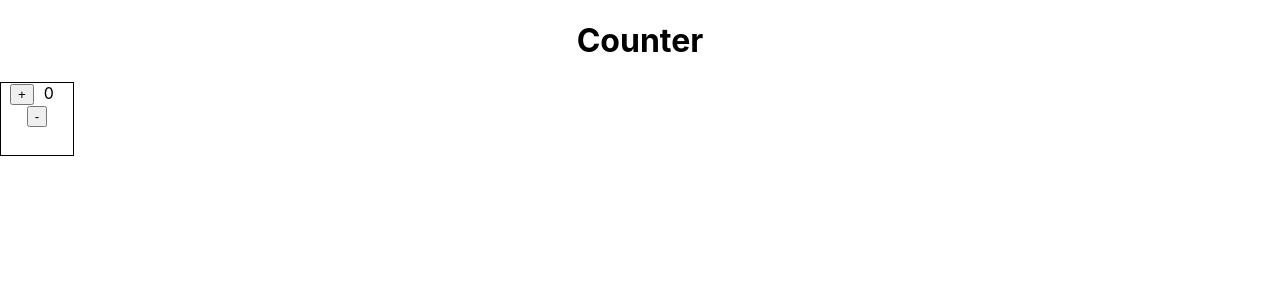
Repository: vsangavi/Redux-Counter
Page: /
The author's editor kept a copy of each file at every save. The page is drawn from the files as they stood at one save, then again after the next save.
The browser window is 1280 px wide. The pictures show the whole page.
The project was rebuilt for these pictures with package versions that can differ from the ones it lists, and the page was loaded fresh each time.

Above is the page before, as saved 2020-10-02 16:43:02.

After the next save:
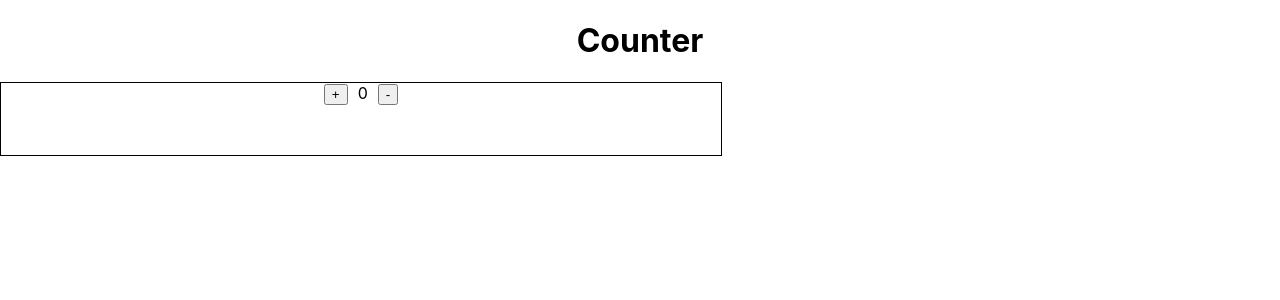
Saved 19 s later.
--- a/src/App.css
+++ b/src/App.css
@@ -7,5 +7,5 @@ span {
 .outerDiv {
   height: 10vh;
   border: 1px solid;
-  width: 10vh;
+  width: 100vh;
 }
